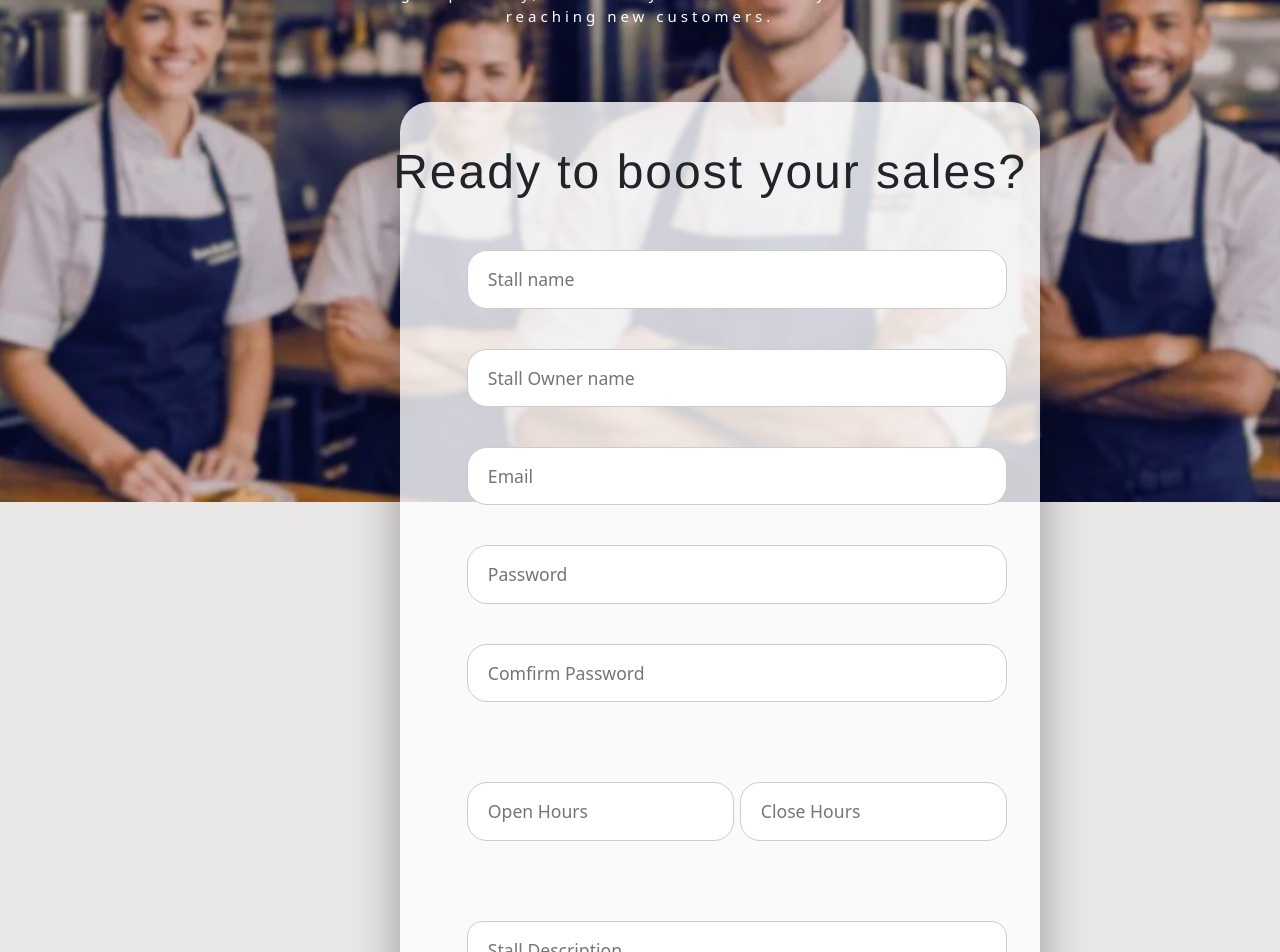
Repository: shuwei05/2520-CSP1123-G-06
Page: http://localhost/Ssign
An editor plug-in stored every save of this project. The page is shown before and after the next save, followed by the edit.
The browser window is 1280 px wide. The pictures show the part of the page from y = 378 to 1330 px (the page is 2680 px tall).
Some web libraries are served in a nearby version. The page is served by the project's application, run on Flask 3 (website/__init__.py). Other server files are loaded and not shown.

Above is the page before, as saved 2025-08-30 17:05:58.

### website/templates/Ssign.html
<!DOCTYPE html>
<html lang="en">
<head>
    <meta charset="UTF-8">
    <meta name="viewport" content="width=device-width, initial-scale=1.0">
    <title>Seller sign up page</title>
    <link rel="stylesheet" href="{{ url_for('static', filename='css/style2.css') }}">
    <link href="https://cdn.jsdelivr.net/npm/bootstrap@5.3.0/dist/css/bootstrap.min.css" rel="stylesheet">
    <script src="https://kit.fontawesome.com/fc6d546fde.js" crossorigin="anonymous"></script>
     <!--Leaflet-->
    <link rel="stylesheet" href="https://unpkg.com/leaflet@1.9.4/dist/leaflet.css" integrity="sha256-p4NxAoJBhIIN+hmNHrzRCf9tD/miZyoHS5obTRR9BMY=" crossorigin="" />
    <script src="https://unpkg.com/leaflet@1.9.4/dist/leaflet.js" integrity="sha256-20nQCchB9co0qIjJZRGuk2/Z9VM+kNiyxNV1lvTlZBo=" crossorigin=""></script>
</head>
<body>
    <nav>
        <div class="navbar">
            <div class="logo">
                <img src="{{ url_for('static', filename='photos/logo.png') }}" alt="mmu logo">
            </div>
        </div>
    </nav>

<div class="flash-messages">
    {% with messages = get_flashed_messages(with_categories=true) %}
        {% if messages %}
            {% for category, message in messages %}
                <div class="alert alert-{{ 'danger' if category == 'error' else category }}">
                    {{ message }}
                </div>
            {% endfor %}
        {% endif %}
    {% endwith %}
</div>

    <section class="staffb">
        <h1>
            Register your stall<br>
            <span class="highlight">with us!</span>
        </h1>
        <p>Sign up easily,showcase your menu and you can<br>
            reaching new customers.
        </p>
    </section>

    <div class="middle">
        <h1>Ready to boost your sales?</h1>

        <form class="form-box" method="POST" action="{{ url_for('auth.Ssignup') }}" enctype="multipart/form-data">
            <div class="text">
                <input type="text" name="stallname" placeholder="Stall name" required>
                <input type="text" name= "stallowner" placeholder="Stall Owner name" required>
                <input type="text" name="email" placeholder="Email" required>
                <input type="text" name="password1" placeholder="Password" required>
                <input type="text" name="password2" placeholder="Comfirm Password" required>

                <div class="operating-hours">
                    <input type="text" name="openhour" placeholder="Open Hours" required>
                    <input type="text" name="closehour" placeholder="Close Hours" required>
                </div>

                <textarea placeholder="Stall Description" required></textarea>
            </div>
    <form class="form-box" method="POST" action="{{ url_for('auth.Ssignup') }}" enctype="multipart/form-data">

    <div class="image-upload">
        <div class="image-box">
            <p class="upload-title">Stall Image:</p>
            <label class="upload-area">
                <i class="fa-solid fa-image"></i>
                <input type="file" name="prof_pic" id="prof_pic" accept="image/*">
            </label>
            <p class="file-name" id="prof_pic_name">No file chosen</p>
            <!-- Preview image -->
            <img id="stall-preview" src="#" alt="Stall Preview"
                style="max-width:200px; display:none;">
        </div>

        <div class="image-box">
            <p class="upload-title">Background Image:</p>
            <label class="upload-area">
                <i class="fa-solid fa-image"></i>
                <input type="file" name="bg_pic" id="bg_pic" accept="image/*">
            </label>
            <p class="file-name" id="bg_pic_name">No file chosen</p>
            <!-- Preview image -->
            <img id="bg-preview" src="#" alt="Background Preview"
                style="max-width:400px; display:none;">
        </div>
    </div>
            <div class="map-section">
                <p class="map-title">📍 Pin Your Location Here:</p>
            </div>


            <div id="map"></div>
            <input type="hidden" id="latitude" name="latitude">
            <input type="hidden" id="longitude" name="longitude">

            <div class="form-actions">
                <button type="submit" class="submit-btn">SUBMIT</button>
            </div>
        </form>
    </div>

    <section class="staffb2">

    </section>

            <script>
            // Function for preview
            function previewImage(input, previewId) {
                const file = input.files[0];
                if (file) {
                    const preview = document.getElementById(previewId);
                    preview.src = URL.createObjectURL(file);
                    preview.style.display = "block"; // show the preview image
                }
            }

            // Listen for changes
            document.getElementById("prof_pic").addEventListener("change", function() {
                previewImage(this, "stall-preview");
            });

            document.getElementById("bg_pic").addEventListener("change", function() {
                previewImage(this, "bg-preview");
            });
    </script>

    <!--Map JavaScript-->
   <script>
        const map = L.map("map");
        map.setView([2.92836,101.64188],16);

        L.tileLayer('https://tile.openstreetmap.org/{z}/{x}/{y}.png', {
            maxZoom: 20, //Setting Max Zoom to 20(Enough)
            attribution: '&copy; <a href="https://www.openstreetmap.org/copyright">OpenStreetMap</a> contributors'
        }).addTo(map)

        //https://youtu.be/NyjMmNCtKf4?si=SwNnJNahhkbyNH-h
        //marker
        let marker;

        navigator.geolocation.watchPosition(success, error);

        function success(pos) {
            const lat = pos.coords.latitude;
            const lng = pos.coords.longitude;

            if (!marker) {
                marker = L.marker([lat,lng],{
                draggable: true
                }).addTo(map);

                marker.on("dragend",position);
            }

            else {
                marker.setLatLng([lat,lng]);
                position();
            }
        }

        function error(err) {
            if (err.code === 1) {
                alert("Please allow geolocation access")
            } else {
                alert("Cannot get current location")
            }
        }

        function position() {
            const GetPosition = marker.getLatLng();
            document.getElementById("latitude").value = GetPosition.lat
            document.getElementById("longitude").value = GetPosition.lng
            console.log(GetPosition.lat,GetPosition.lng)
            }

    </script>
</body>
</html>

### website/auth.py
from flask import Blueprint ,  render_template ,request , flash ,redirect, url_for , current_app
from .models import User , Stall , Product
from werkzeug.security import generate_password_hash, check_password_hash
from flask_login import login_user, login_required, logout_user, current_user
from . import db
from datetime import datetime
from werkzeug.utils import secure_filename
import os

auth = Blueprint('auth',__name__)

@auth.route("/map", methods=["GET"])
def map_page():
    seller_coordinates = db.session.query(Stall.latitude,Stall.longitude).all()
    coordinates = []
    for coordinate in seller_coordinates:
        coordinates.append(list(coordinate))
    return render_template("map.html",coordinates=coordinates)


@auth.route('/Usign', methods=['GET', 'POST'])
def signup():
    if request.method == 'POST':
        email = request.form.get('email')
        user_name = request.form.get('user_name')
        password1 = request.form.get('password1')
        password2 = request.form.get('password2')

        existing_user = User.query.filter_by(email=email).first()
        if existing_user:
            flash('Email already registered. Please use another one.', category='error')
            return render_template('Ssign.html', text='Signup Page')

        if len(email) < 4:
            flash('Email must be greater than 3 characters', category='error')
        elif len(user_name) < 4:
            flash('Username must be greater than 3 characters', category='error')
        elif len(password1) < 7:
            flash('Password must be at least 7 characters', category='error')
        elif password1 != password2:
            flash('Passwords don\'t match', category='error')
        else:
            new_user = User(email=email, user_name=user_name, password1=generate_password_hash(password1,method='pbkdf2:sha256'))
            db.session.add(new_user)
            db.session.commit()
            flash('Account created!', category='success')
            return redirect(url_for('views.home'))
            # Ensure user is added to the database with format given


        pass
    return render_template('Usign.html', text='Signup Page')

@auth.route('/Ssign', methods=['GET', 'POST'])
def Ssignup():
    if request.method == 'POST':
        stallname = request.form.get('stallname','')
        stallowner = request.form.get('stallowner','')
        email = request.form.get('email','')
        password1 = request.form.get('password1','')
        password2 = request.form.get('password2','')
        openhour_str = request.form.get('openhour', '00:00')
        closehour_str = request.form.get('closehour', '00:00')

        latitude = request.form.get("latitude")
        longitude = request.form.get("longitude")


        openhour = datetime.strptime(openhour_str, "%H:%M").time()
        closehour = datetime.strptime(closehour_str, "%H:%M").time()

        prof_file = request.files.get("prof_pic")
        bg_file = request.files.get("bg_pic")

        prof_file = None
        bg_file = None

        if prof_file and prof_file.filename != "":
            profile_filename = secure_filename(prof_file.filename)
            prof_file.save(os.path.join(current_app.config["UPLOAD_FOLDER"], profile_filename))

        if bg_file and bg_file.filename != "":
            bg_filename = secure_filename(bg_file.filename)
            bg_file.save(os.path.join(current_app.config["UPLOAD_FOLDER"], bg_filename))

        existing_stall = Stall.query.filter_by(email=email).first()
        if existing_stall:
            flash('Email already registered. Please use another one.', category='error')
            return render_template('Ssign.html', text='Signup Page')

        existing_location = Stall.query.filter_by(latitude=Stall.latitude,longitude=Stall.longitude).first()
        if existing_location:
            flash("Same location",category="error")
            return render_template("Ssign.html",text="Signup Page")

        if len(email) < 4:
            flash('Email must be greater than 3 characters', category='error')
        elif len(stallname) < 2:
            flash('Username must be greater than 3 characters', category='error')
        elif len(stallowner) < 2:
            flash('Stall owner name must be greater than 3 characters', category='error')
        elif len(password1) < 7:
            flash('Password must be at least 7 characters', category='error')
        elif password1 != password2:
            flash('Passwords don\'t match', category='error')
        elif openhour >= closehour:
            flash('Open hour must be earlier than close hour', category='error')
        else:
            new_stall = Stall(
            stallname=stallname,
            stallowner=stallowner,
            email=email,
            password1=generate_password_hash(password1, method='pbkdf2:sha256'),
            openhour = datetime.strptime(openhour_str, "%H:%M").time(),
            closehour = datetime.strptime(closehour_str, "%H:%M").time(),
            latitude=float(latitude),
            longitude=float(longitude)
            )
            db.session.add(new_stall)
            db.session.commit()
            flash('Stall Account Created!', category='success')
            return redirect(url_for('views.home'))

    return render_template('Ssign.html', text='Signup Page')

@auth.route('/Slogin',  methods=['GET', 'POST'])
def Slogin():
    if request.method == 'POST':
        stallname = request.form.get('stallname')
        password1 = request.form.get('password1')

        stall = Stall.query.filter_by(stallname=stallname).first()
        if stall:
            if check_password_hash(stall.password1, password1):
                flash('Stall Logged in successfully!', category='success')
                login_user(stall, remember=True)
                return redirect(url_for('views.home'))
            else:
                flash('Incorrect password, try again.', category='error')
        else:
            flash('Stallname does not exist.', category='error')
    return render_template('Slogin.html', text='Login Page')

@auth.route('/login',  methods=['GET', 'POST'])
def login():
    if request.method == 'POST':
        user_name = request.form.get('user_name')
        password1 = request.form.get('password1')

        user = User.query.filter_by(user_name=user_name).first()
        if user:
            if check_password_hash(user.password1, password1):
                flash('Logged in successfully!', category='success')
                login_user(user, remember=True)
                return redirect(url_for('views.home'))
            else:
                flash('Incorrect password, try again.', category='error')
        else:
            flash('Email does not exist.', category='error')
    return render_template('login.html', text='Login Page')


@auth.route('/role')
def role():
    return render_template('role.html', text='Role')

@auth.route('/admin' , methods=['GET', 'POST'])
def admin():
    if request.method == 'POST':
        admin_name = request.form.get('admin_name')
        admin_password = request.form.get('admin_password')

        if admin_name == 'admin' and admin_password == 'admin123':
            flash('Admin logged in successfully!', category='success')
            return redirect(url_for('auth.admin'))
        else:
            flash('Invalid admin credentials, try again.', category='error')
    return render_template('admin.html', text='Admin Page')

@auth.route('/aboutus')
def aboutus():
    return render_template('aboutus.html', text='About Us')

@auth.route('/logout')
@login_required
def logout():
    logout_user()
    flash('You have been logged out.', category='success')
    return redirect(url_for('auth.login'))

@auth.route('/add_product', methods=['GET', 'POST'])
def add_product():
    if request.method == 'POST':
        product_name = request.form.get('product_name')
        product_des = request.form.get('description')
        product_type = request.form.getlist('product_type')
        product_cuisine = request.form.getlist('product_cuisine')
        price = request.form.get('price')
        product_pic = request.files.get('product_pic')

        product_pic = None

        if product_pic and product_pic.filename != "":
            product_filename = secure_filename(product_pic.filename)
            product_pic.save(os.path.join(current_app.config["UPLOAD_FOLDER"], product_filename))

        if len(product_name) < 5:
            flash('Product name must be at least 5 characters long.', category='error')
        elif len(product_des) < 10:
            flash('Product description must be at least 10 characters long.', category='error')
        elif len(product_type) == 0:
            flash('Please select at least one product type.', category='error')
        elif len(product_cuisine) == 0:
            flash('Please select at least one product cuisine.', category='error')
        elif not price or float(price) <= 0:
            flash('Please enter a valid positive price.', category='error')
        else:
            new_product = Product(
                product_name=product_name,
                product_des=product_des,
                product_type=', '.join(product_type),
                product_cuisine=', '.join(product_cuisine),
                price=float(price),
                stall_id=current_user.id ,
                stallname=current_user.stallname,
                product_pic=product_filename if product_pic else None
            )
            return render_template('add_product.html', text='Add Product Page')

        # Here you would typically save the product to the database
        flash('Product added successfully!', category='success')
        return redirect(url_for('views.home'))

    return render_template('add_product.html', text='Add Product Page')

### website/__init__.py
from flask import Flask, render_template, request, flash, redirect, url_for
from flask_sqlalchemy import SQLAlchemy
from os import path
from flask_login import LoginManager

db = SQLAlchemy()
DB_Name = "database.db"

UPLOAD_FOLDER = 'static/uploads/'
ALLOWED_EXTENSIONS = {'png', 'jpg', 'jpeg', 'gif'}

def create_database(app):
    if not path.exists('website/' + DB_Name):
        with app.app_context():
            db.create_all()
            print('Created Database!')
    else:
        print('Database already exists.')



def create_app():
    app  = Flask(__name__)
    app.config['SECRET_KEY'] = 'MINI IT'
    app.config["UPLOAD_FOLDER"] = "website/static/uploads"
    app.config['SQLALCHEMY_DATABASE_URI'] = f'sqlite:///{DB_Name}'
    db.init_app(app)

    login_manager = LoginManager()
    login_manager.login_view = 'auth.login'
    login_manager.init_app(app)


    @login_manager.user_loader
    def load_user(id):
        return User.query.get(int(id))

    from .views import views
    from .auth import auth

    app.register_blueprint(views, url_prefix='/')
    app.register_blueprint(auth, url_prefix='/')

    from .models import Note, User
    with app.app_context():
        db.create_all()

    create_database(app)

    return app

### website/static/css/style2.css
#map {
        width: 600px;
        height: 350px;
    }


.body{
    margin: 0;
    padding:0;
    overflow-x: hidden;
    width: 100%;
}

.navbar{
    position: fixed;
    top:0 ;
    left: 0;
    height: 80px;
    width: 100%;
    background: rgb(164, 231, 250);
    display: flex;
    align-items: center;
    padding: 0 20px;
    z-index: 999;
}

.logo{
    font-size: 24px;
    font-weight: bold;
}

.logo img{
    height: 70px;
    transform: translateX(30px);
}

.staffb{
    height: 800px;
    width: 100%;
    background-image: url(/static/photos/smile.png);
    background-size: cover;
    background-position: center;
    background-repeat: no-repeat;
    display: flex;
    justify-content: flex-start;
    align-items: center;

    padding-top: 20px;
    flex-direction: column;

}


.staffb h1{
    color: white;
    font-size: 100px;
    text-align: center;
    margin: 0;
    transform: translateX(0);
    font-family: Georgia, 'Times New Roman', Times, serif;
}


.staffb h1.highlight{
    display: block;
    font-size: 40px;
}

.staffb p{
    color: white;
    font-size: 15px;
    text-align: center;
    margin-top: 20px;

    letter-spacing: 4px;
}

.staffb2{
    background: rgba(234, 231, 231);
    height: 250vh;
    width: 100%;
    box-sizing: border-box;
    background-size: contain;

}

.middle{
    width: 50%;
    height: 2000px;
    background: rgb(255, 255, 255,0.8);
    margin: -400px auto;
    display: flex;
    justify-content: center;
    align-items: center;
    border-radius: 30px;
    position: absolute;
    font-weight: bold;
    z-index: 10;
    transform: translateX(400px);
    box-shadow: 0 20px 50px rgba(0, 0, 0, 0.35);
}

.middle h1{
    margin:40px;
    font-size: 3.0rem;
    line-height: 1.2;
    letter-spacing: 2px;
    margin-bottom: 1900px;
    white-space: nowrap;
    text-align: center;
    transform: translateX(200px);
    font-family:'Franklin Gothic Medium', 'Arial Narrow', Arial, sans-serif
}

.form-box{
    width: 800px;
    margin: -120px ;
    transform: translateX(-340px);
    padding: 30px;
    border-radius: 30px;
    text-align: center;
    position: relative;
    z-index: 5;
    margin-bottom: -10px;

}

.form-box .text input{
    width: 90%;
    padding: 15px 20px;
    margin: 40px auto;
    border: 1px solid #ccc;
    border-radius: 20px;
    font-size: 1.1rem;
    outline: none;
    transition: 0.3 ease;
    display: block; /*each rows each box*/
}

.operating-hours {
    display: flex;
    gap: 6px; /* 两个格子中间的间距，可以改大或改小 */
     width: 90%;
     transform: translateX(30px);
}

.operating-hours input {
    flex: 0.5; /* 让两个输入框平分宽度 */
}

.form-box .text textarea{
    width: 90%;
    height: 200px;
    padding: 15px 20px;
    margin: 40px auto;
    border: 1px solid #ccc;
    border-radius: 15px;
    font-size: 1.1rem;
    outline: none;
    resize: none;
    display: block;
}

.image-upload {
    display: flex;
    justify-content:space-between;
    gap: 40px;
    margin: 30px;
}

.image-box {
    flex:1;
    max-width: 300px;
    text-align: center;
}

.upload-title {
    font-weight: bold;
    margin-bottom: 12px;
    white-space: nowrap;
    font-size: 23px;
}

.upload-area {
    display: block;
    cursor: pointer;
    font-size: 90px;
}

.upload-area img {
    width: 100%;
    height: 200px;
    object-fit: cover;
    border: 2px dashed #aaa;
    border-radius: 12px;
    background: #f9f9f9;
    transition: border-color 0.3s;
}

.upload-area:hover img {
    border-color: #4CAF50;
}

.upload-area input[type="file"] {
    display: none;
}

.map-section {
    margin-top: 40px;
    text-align: center;
}

.map-title {
    font-weight: bold;
    font-size: 1.2rem;
    margin-bottom: 15px;
}

.form-actions {
    display: flex;
    justify-content: flex-end; /* 靠右 */
    margin-top: 20px;
    margin-right: 40px; /* 和右边保持点距离 */
    transform: translateY(70px);
}

.submit-btn {
    background-color: #435aee;
    color: white;
    border: none;
    padding: 12px 24px;
    font-size: 1.0rem;
    border-radius: 8px;
    cursor: pointer;
    transition: background-color 0.3s ease;
}

.submit-btn:hover {
    background-color: #0030f2; /* hover 变深 */
}

.alert {
    padding: 10px;
    margin: 10px 0;
    border-radius: 5px;
    font-weight: bold;
}
.alert-success {
    background-color: #d4edda;
    color: #155724;
}
.alert-danger {
    background-color: #f8d7da;
    color: #721c24;
}

After the next save:
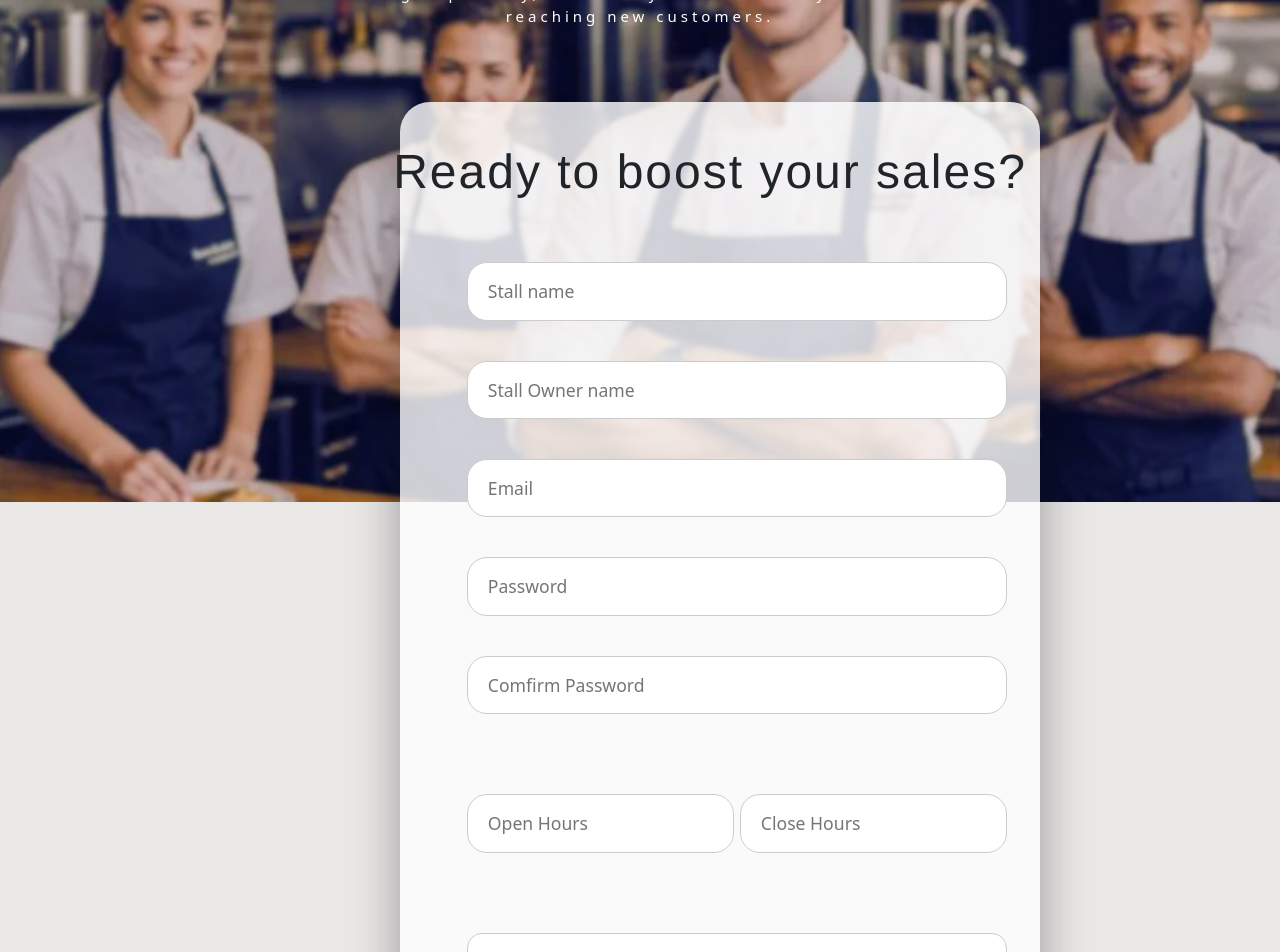
Saved 42 s later.
--- a/website/templates/Ssign.html
+++ b/website/templates/Ssign.html
@@ -69,8 +69,7 @@
                 <i class="fa-solid fa-image"></i>
                 <input type="file" name="prof_pic" id="prof_pic" accept="image/*">
             </label>
-            <p class="file-name" id="prof_pic_name">No file chosen</p>
-            <!-- Preview image -->
+            <p class="file-name" id="prof_pic_name"></p>
             <img id="stall-preview" src="#" alt="Stall Preview"
                 style="max-width:200px; display:none;">
         </div>
@@ -81,7 +80,7 @@
                 <i class="fa-solid fa-image"></i>
                 <input type="file" name="bg_pic" id="bg_pic" accept="image/*">
             </label>
-            <p class="file-name" id="bg_pic_name">No file chosen</p>
+            <p class="file-name" id="bg_pic_name"></p>
             <!-- Preview image -->
             <img id="bg-preview" src="#" alt="Background Preview"
                 style="max-width:400px; display:none;">
